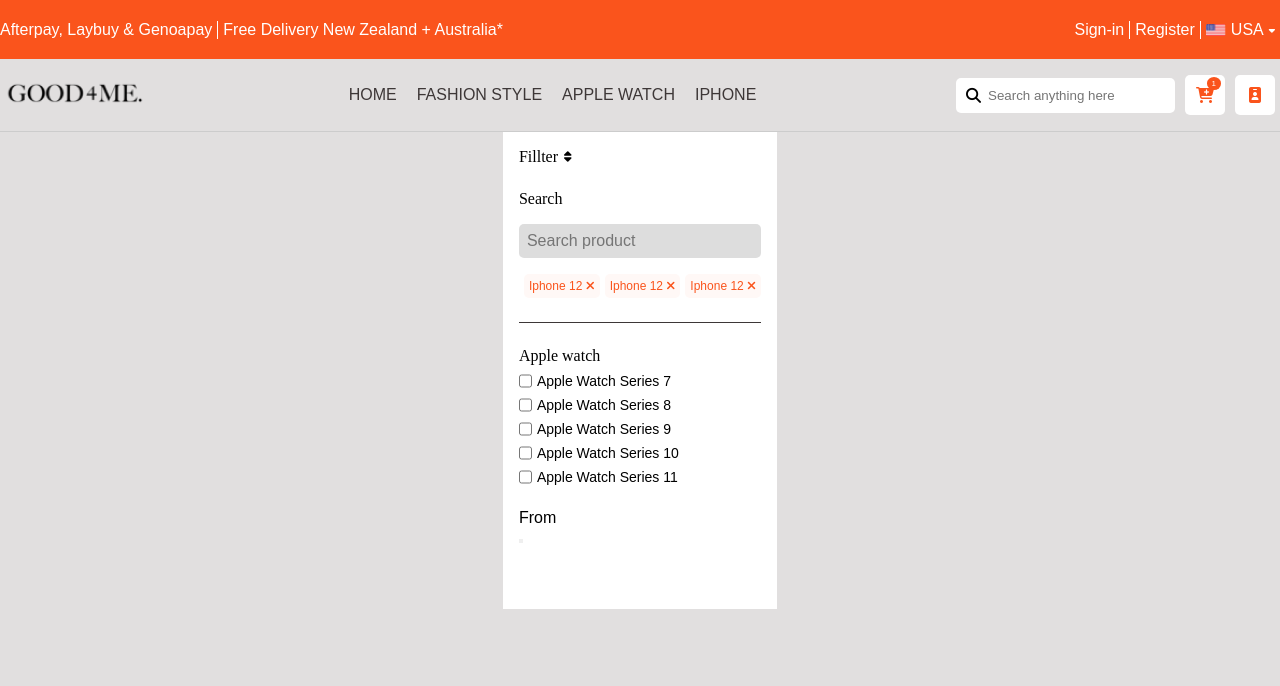
Repository: Ngoc28/Shoppe-web
Page: html/category.html
The author's editor kept a copy of each file at every save. The page is drawn from the files as they stood at one save, then again after the next save.
The browser window is 1280 px wide. The pictures show the whole page.
Some web fonts or font styles are not loaded; a fallback is used.

Above is the page before, as saved 2023-08-08 14:25:15.

After the next save:
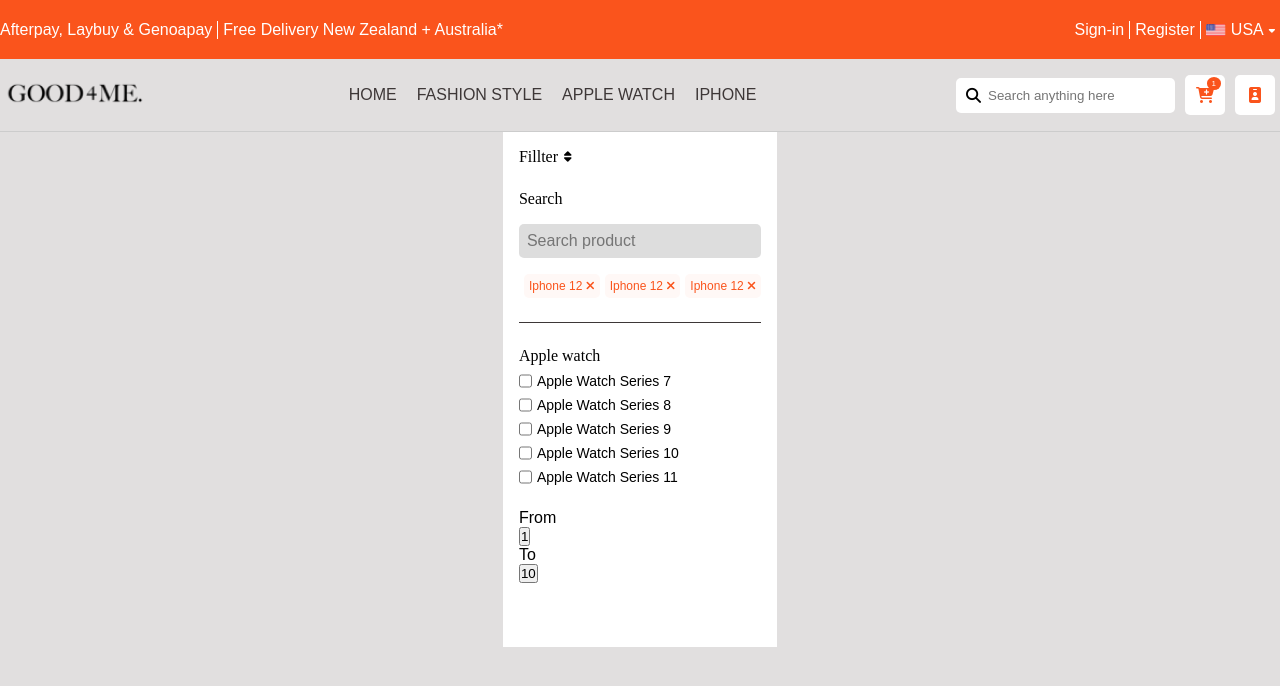
Saved 20 s later.
--- a/html/category.html
+++ b/html/category.html
@@ -125,11 +125,12 @@
                     <div class="container-nav-price-about">
                         <div class="container-nav-price-from">
                             <p>From</p>
-                            <button></button>
+                            <button>1</button>
                         </div>
 
                         <div class="container-nav-price-to">
-
+                            <p>To</p>
+                            <button>10</button>
                         </div>
                     </div>
                 </div>
